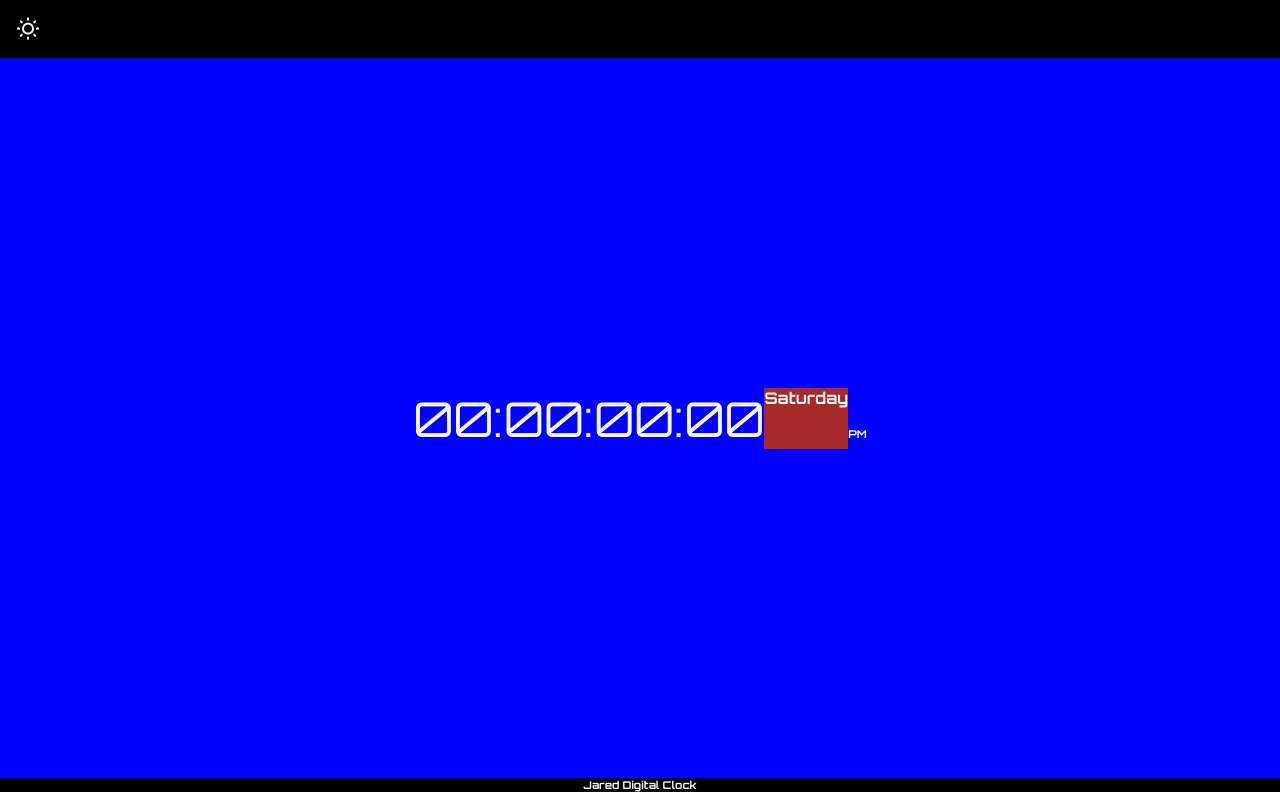
Repository: EguJaredoBoyd/Jared-Digital-Clock
Page: index.html
The author's editor kept a copy of each file at every save. The page is drawn from the files as they stood at one save, then again after the next save.
The browser window is 1280 px wide. The pictures show the whole page.
Some web libraries are served in a nearby version.

Above is the page before, as saved 2026-01-04 22:29:26.

### index.html
<!DOCTYPE html>
<html lang="en">
  <head>
    <meta charset="UTF-8" />
    <meta name="viewport" content="width=device-width, initial-scale=1.0" />
    <link rel="stylesheet" href="./css/styles.css" />
    <link
      href="https://cdn.jsdelivr.net/npm/remixicon@4.8.0/fonts/remixicon.css"
      rel="stylesheet"
    />
    <link rel="preconnect" href="https://fonts.googleapis.com" />
    <link rel="preconnect" href="https://fonts.gstatic.com" crossorigin />
    <link
      href="https://fonts.googleapis.com/css2?family=Orbitron:wght@400..900&display=swap"
      rel="stylesheet"
    />
    <script src="./js/theme.js" defer></script>
    <title>Document</title>
  </head>
  <body>
    <div class="digital-clock">
      <header>
        <button id="theme-toggle"><i class="ri-sun-line"></i></button>
      </header>

      <main>
        <div class="watch-container">
          <!-- <div class="watch-container__day">
            <h4>Saturday</h4>
          </div> -->
          <div class="watch-container__time">
            <p>00:00:00:00</p>
            <h4>Saturday</h4>
            <h6>PM</h6>
          </div>
        </div>
      </main>

      <footer>
        <h6>Jared Digital Clock</h6>
      </footer>
    </div>
  </body>
</html>

### css/styles.css
* {
  margin: 0;
  padding: 0;
  box-sizing: border-box;
}

:root {
  --primary-color: black;
  --text-color: whitesmoke;

  /* Light-mode color variables */
  --light-mode: whitesmoke;
  --light-text: black;

  /* Button color font */
  --button-color: var(--text-color);
}

html {
  font-size: 16px;
  background-color: var(--primary-color);
}

.light-mode {
  background-color: var(--light-mode);
  color: var(--light-text);
  --button-color: var(--light-text);
}

body {
  color: var(--text-color);
  background-color: var(--primary-color);
  font-family: "Orbitron", sans-serif;
  width: 100%;
}

header {
  padding: 1rem;
}

header button {
  background: none;
  border: none;
}

header button i {
  font-size: 1.5rem;
  color: var(--button-color);
}

.digital-clock {
  height: 100%;
  width: 100%;
  display: flex;
  flex-direction: column;
  align-content: space-between;
  max-width: 100%;
}

.watch-container {
  display: flex;
  flex-direction: column;
  justify-content: center;
  align-items: center;
  height: 100vh;
  width: 100%;
  max-width: 100%;
  position: relative;
  background-color: blue;
}

.watch-container__day {
  width: 100%;
  max-width: 100%;
  display: flex;
  justify-content: end;
  background-color: red;
}

.watch-container__time {
  display: flex;
  max-width: 100%;
}

.watch-container__time h4 {
  background-color: brown;
}

.watch-container__time p {
  font-size: 3rem;
}

.watch-container__time h6 {
  align-self: self-end;
  padding-bottom: 0.5rem;
}

footer h6 {
  text-align: center;
}

### js/theme.js
//Target the button element for the theme
const themeToggle = document.getElementById("theme-toggle");

//Create a function to handle the switching of themes
function switchThemeMode() {
  themeToggle.addEventListener("click", () => {
    document.body.classList.toggle("light-mode");
  });
}

switchThemeMode();

After the next save:
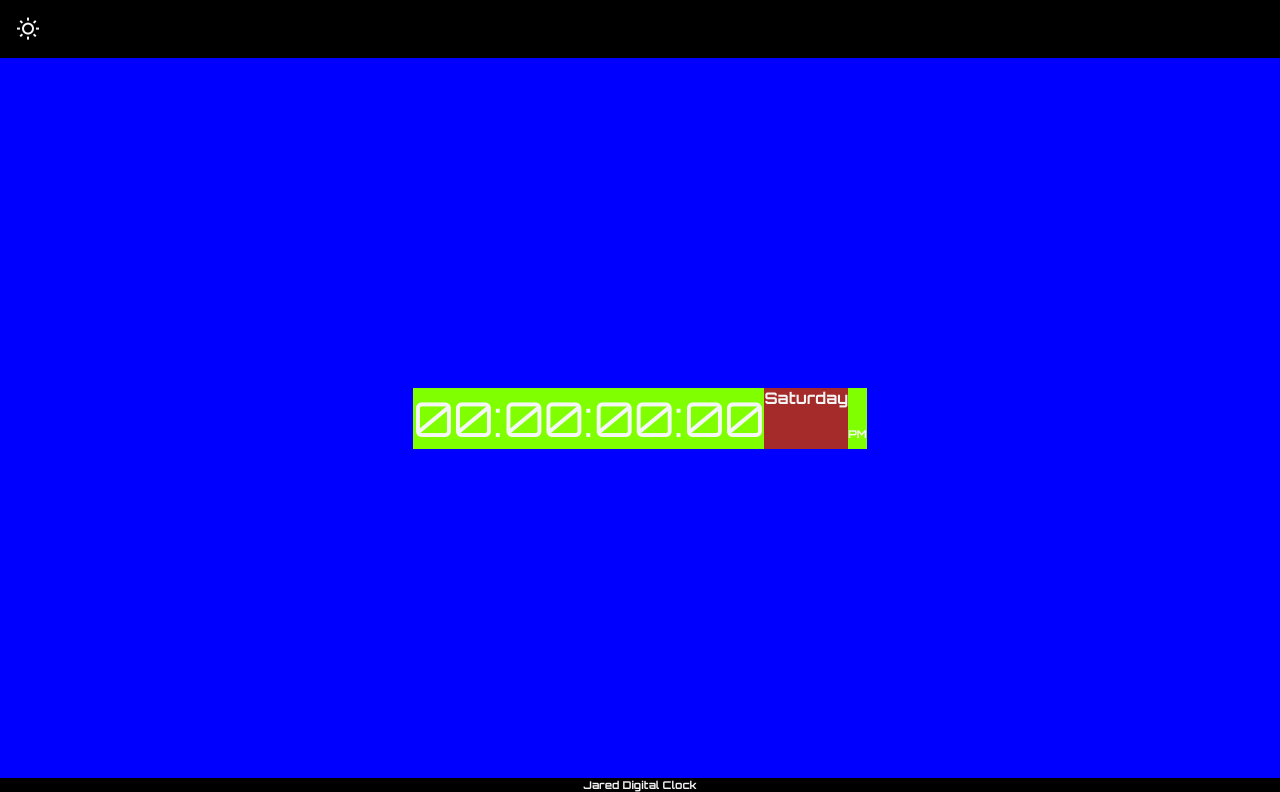
Saved 37 s later.
--- a/css/styles.css
+++ b/css/styles.css
@@ -80,6 +80,7 @@ header button i {
 .watch-container__time {
   display: flex;
   max-width: 100%;
+  background-color: chartreuse;
 }
 
 .watch-container__time h4 {
